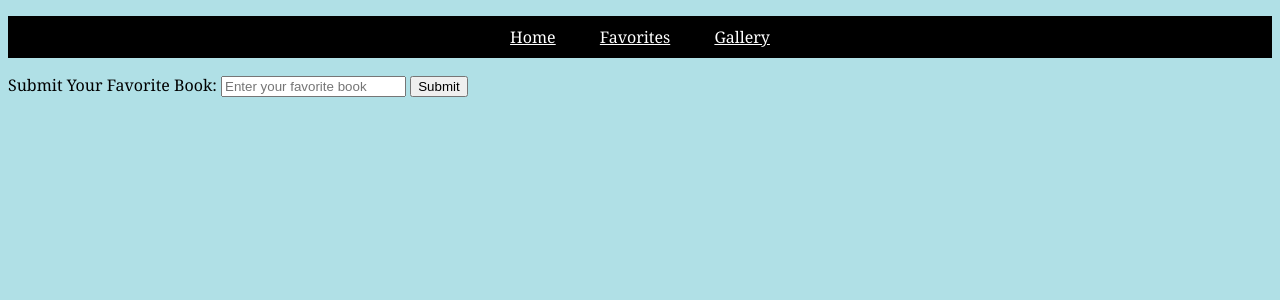
Repository: Brittany-Westlund/WebDesign
Page: Assignment3/favorites.html
These files come from the project's save history. The page is drawn as it stood at one moment and after the next save; the edit follows.
The browser window is 1280 px wide. The pictures show the whole page.

Above is the page before, as saved 2025-06-03 21:58:40.

After the next save:
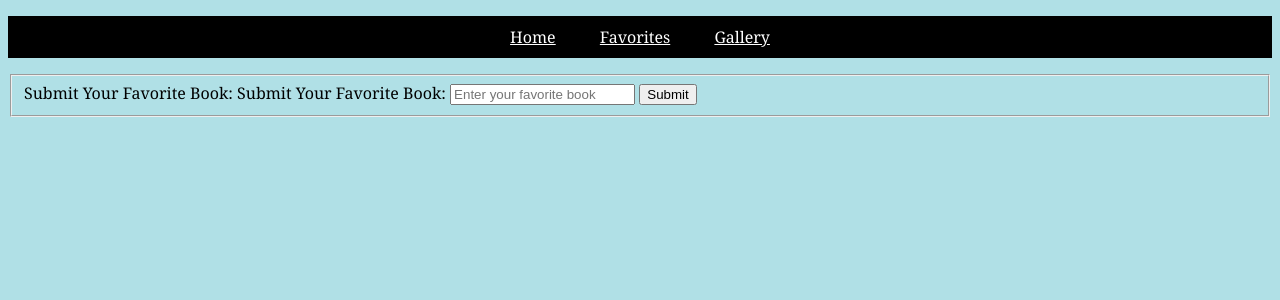
Saved 30 min 39 s later.
--- a/Assignment3/favorites.html
+++ b/Assignment3/favorites.html
@@ -17,10 +17,14 @@
 </nav>
 
 <form>
-  <label for="favorite-book">Submit Your Favorite Book:</label>
-  <input type="text" id="favorite-book" name="favorite-book" placeholder="Enter your favorite book">
+  <fieldset>
+    <label>Submit Your Favorite Book:</label>
 
-  <button type="submit">Submit</button>
+    <label for="favorite-book">Submit Your Favorite Book:</label>
+    <input type="text" id="favorite-book" name="favorite-book" placeholder="Enter your favorite book">
+
+    <button type="submit">Submit</button>
+  </fieldset>
 </form>
 
 </body>
